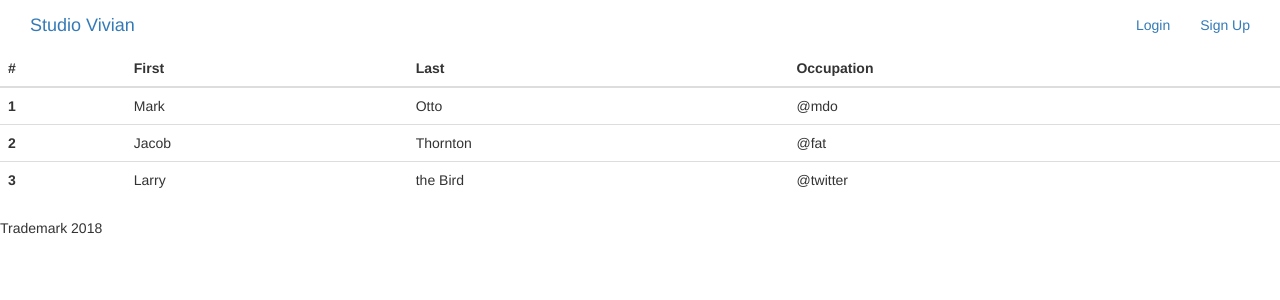
Repository: JamesShen03/ERP
Page: v1/views/activate.ejs
The author's editor kept a record of every edit. The page is drawn from the files as they stood at one moment, then again after the next edit.
The browser window is 1280 px wide. The pictures show the whole page.
The page is served by the project's Node server (v1/app.js). The template is opened directly, without the code that normally fills it, so the values that code supplies are empty.

Above is the page before.

After the next edit:
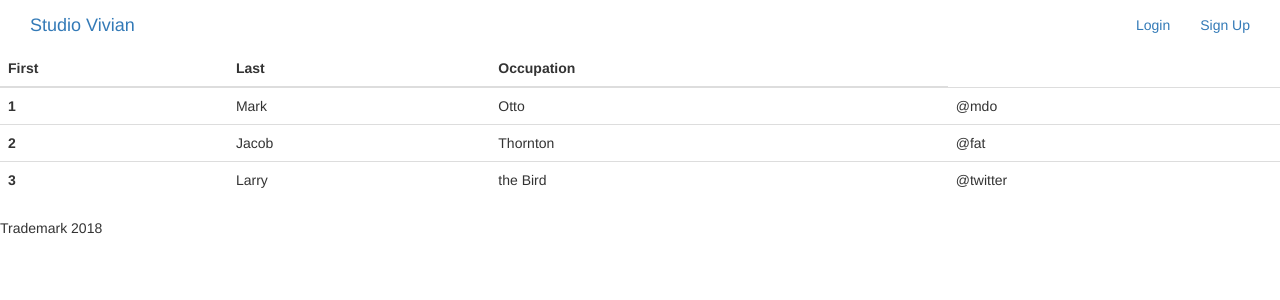
The edit:
--- a/v1/views/activate.ejs
+++ b/v1/views/activate.ejs
@@ -2,7 +2,6 @@
 <table class="table">
   <thead>
     <tr>
-      <th scope="col">#</th>
       <th scope="col">First</th>
       <th scope="col">Last</th>
       <th scope="col">Occupation</th>
